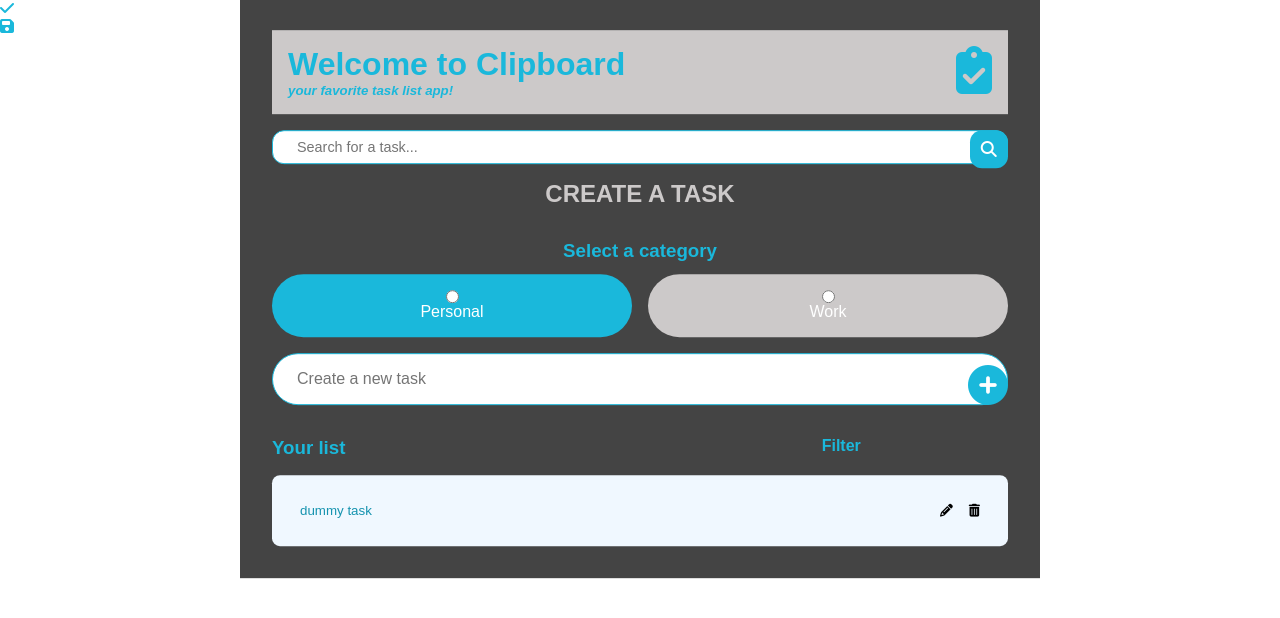
Repository: WesleyErasmus/Todo-App
Page: todoApp.html
The author's editor kept a copy of each file at every save. The page is drawn from the files as they stood at one save, then again after a run of saves.
The browser window is 1280 px wide. The pictures show the whole page.
Some web libraries are served in a nearby version.

Above is the page before, as saved 2022-06-04 22:01:48.

After the next 2 saves:
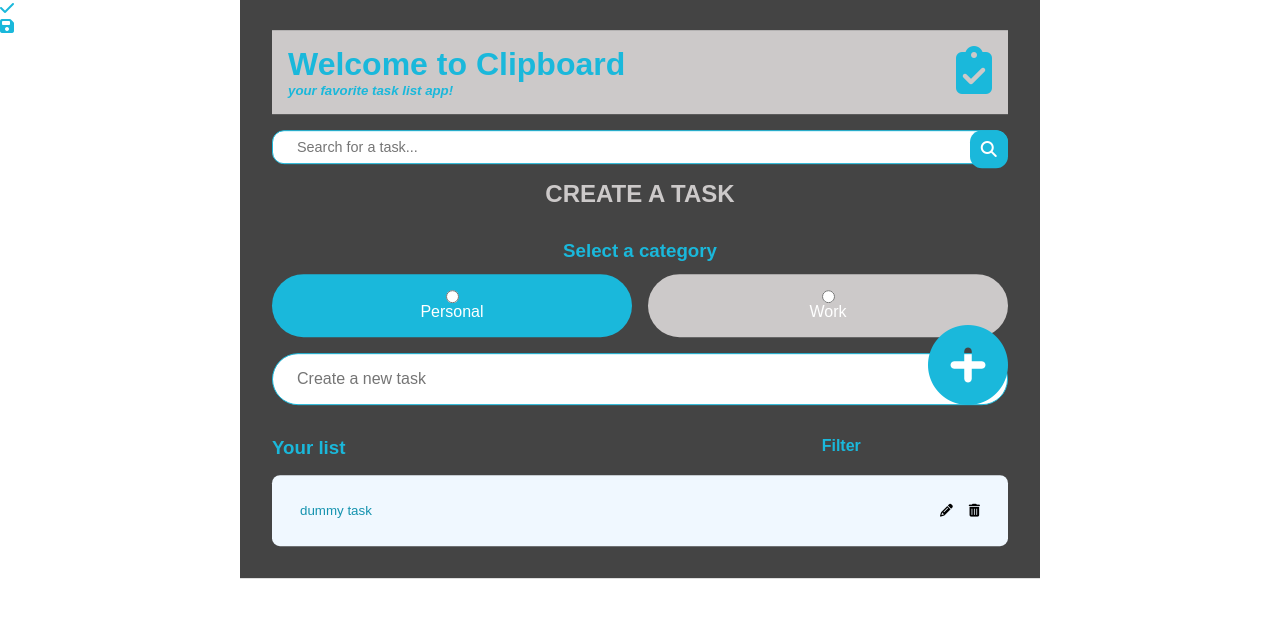
The 2 saves are shown as one change because they came seconds apart.
The last was saved 56 s later.
--- a/source/css/todoApp.css
+++ b/source/css/todoApp.css
@@ -143,6 +143,10 @@ header {
     color: var(--primary);
 }
 
+.fa-circle-plus {
+    font-size: 5rem;
+}
+
 /* add gradient color to fa-logo */
 
 #create-task-heading {
